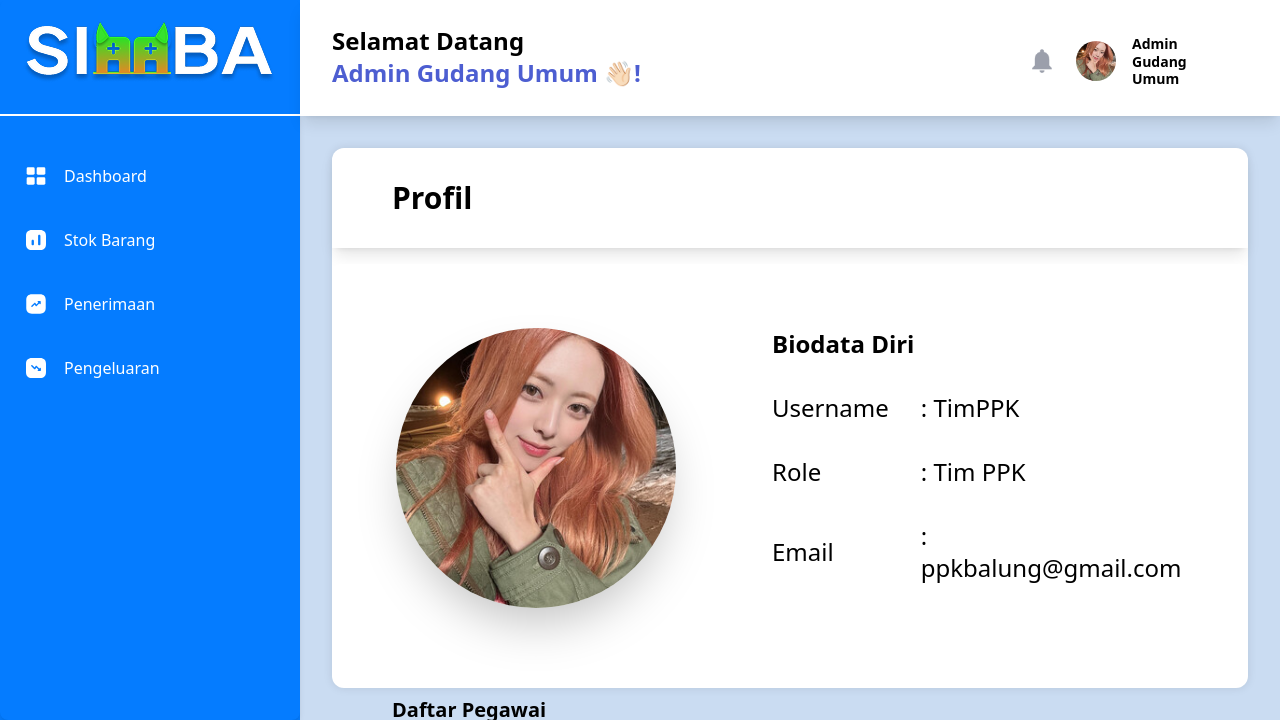
Repository: Gokerwow/inventory-fe
Page: /profil
An editor plug-in stored every save of this project. The page is shown before and after the next save, followed by the edit.
The browser window is 1280 px wide. The pictures show the whole page.
The project was rebuilt for these pictures with package versions that can differ from the ones it lists, and the page was loaded fresh each time. Also part of the build but not shown: vite.config.ts, src/components/lineChart.tsx, src/pages/dashboard.tsx, src/pages/stokBarang.tsx, src/components/pagination.tsx, src/components/PenerimaanTable.tsx, src/components/RiwayatPenerimaanTable.tsx, src/pages/penerimaan.tsx and 8 more.

Above is the page before, as saved 2025-10-28 18:48:39.

After the next save:
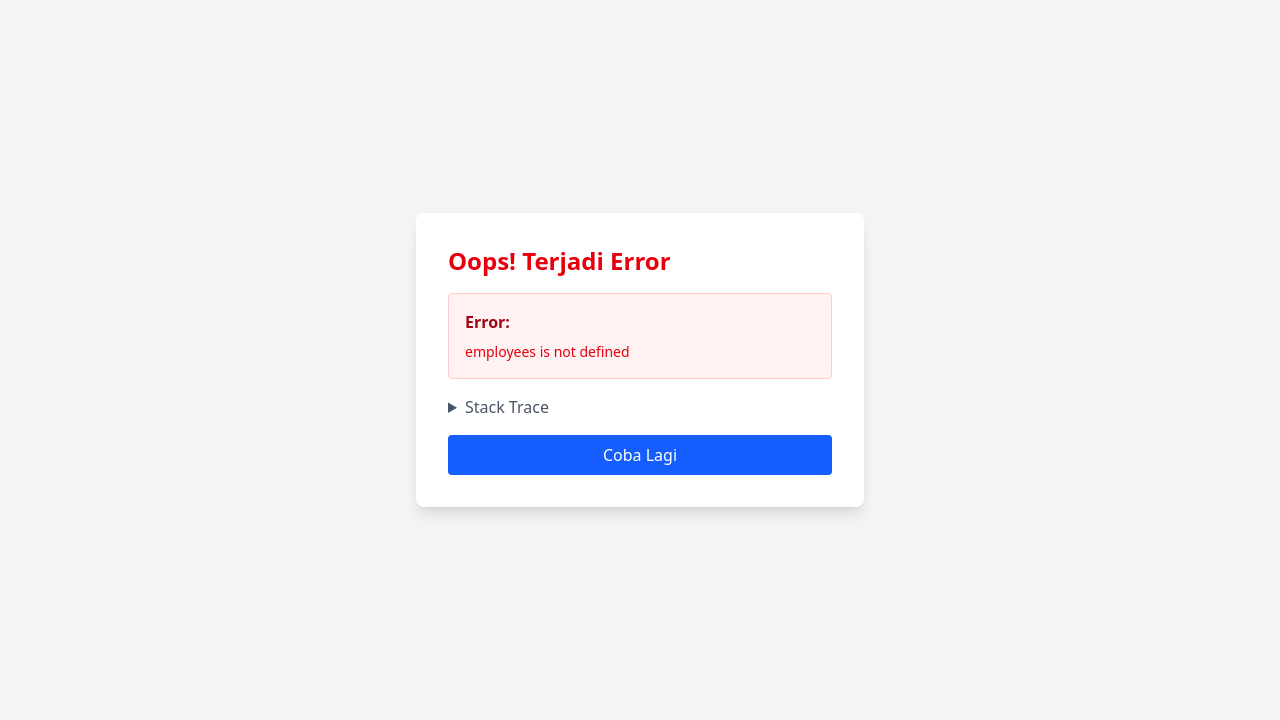
Saved 44 s later.
--- a/src/pages/profil.tsx
+++ b/src/pages/profil.tsx
@@ -31,17 +31,62 @@ function Profil() {
                 </div>
             </div>
             <div className='px-15 w-full'>
-                <h1 className='text-xl font-bold'>Daftar Pegawai</h1>
-                <table>
-                    <tr>
-                        <th>Foto Akun</th>
-                        <th>Daftar Pegawai</th>
-                        <th>Jabatan</th>
-                        <th>No Telepon</th>
-                        <th>Aktivitas</th>
-                        <th>Foto Akun</th>
-                    </tr>
-                </table>
+<div className="p-8 bg-gray-50 min-h-screen">
+      <h1 className="text-3xl font-bold mb-6 text-gray-900">Daftar Pegawai</h1>
+
+      <div className="w-full">
+        {/* --- Header Tabel --- */}
+        <div className="grid grid-cols-[80px_2fr_2fr_2fr_1fr_auto] gap-4 px-6 py-3 text-left text-xs font-medium text-gray-500 uppercase tracking-wider">
+          <span>Foto Akun</span>
+          <span>Daftar pegawai</span>
+          <span>Jabatan</span>
+          <span>No telepon</span>
+          <span colSpan={2}>Aktivitas</span>
+        </div>
+
+        {/* --- Badan Tabel (Daftar) --- */}
+        <div className="space-y-3">
+          {employees.map((employee) => (
+            <div
+              key={employee.id}
+              className="grid grid-cols-[80px_2fr_2fr_2fr_1fr_auto] gap-4 items-center bg-white p-4 rounded-xl shadow-sm"
+            >
+              {/* Foto Akun */}
+              <div>
+                <img
+                  className="h-12 w-12 rounded-full object-cover"
+                  src={employee.avatarUrl} // Gunakan placeholder jika URL avatar tidak ada
+                  alt={`Foto ${employee.name}`}
+                />
+              </div>
+
+              {/* Daftar pegawai */}
+              <div className="font-medium text-gray-900">{employee.name}</div>
+
+              {/* Jabatan */}
+              <div className="text-gray-700">{employee.job}</div>
+
+              {/* No telepon */}
+              <div className="text-gray-700">{employee.phone}</div>
+
+              {/* Status */}
+              <div>
+                <span className="px-4 py-1.5 inline-flex text-xs leading-5 font-semibold rounded-full bg-teal-500 text-white">
+                  {employee.status}
+                </span>
+              </div>
+
+              {/* Tombol Aksi */}
+              <div>
+                <button className="p-2 bg-blue-500 rounded-full hover:bg-blue-600 transition-colors duration-200">
+                  <PencilIcon />
+                </button>
+              </div>
+            </div>
+          ))}
+        </div>
+      </div>
+    </div>
             </div>
         </div>
     );
